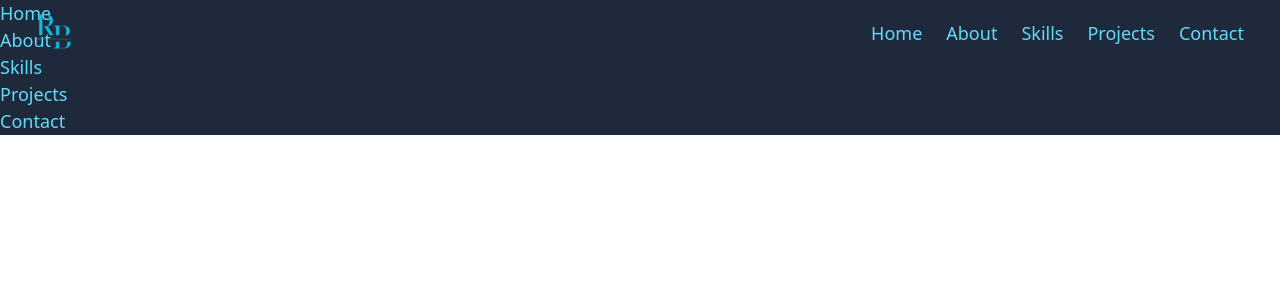
Repository: RawanBarakat-hub/portfolio
Page: /
The author's editor kept a copy of each file at every save. The page is drawn from the files as they stood at one save, then again after the next save.
The browser window is 1280 px wide. The pictures show the whole page.
The project was rebuilt for these pictures with package versions that can differ from the ones it lists, and the page was loaded fresh each time. Also part of the build but not shown: vite.config.ts.

Above is the page before, as saved 2026-02-19 03:03:38.

### index.html
<!doctype html>
<html lang="en">
  <head>
    <meta charset="UTF-8" />
    <link rel="icon" type="image/svg+xml" href="/assets/images/photos/logo.png" />
    <meta name="viewport" content="width=device-width, initial-scale=1.0" />
    <title>Rawan's portfolio</title>
  </head>
  <body>
    <div id="root"></div>
    <script type="module" src="/src/main.tsx"></script>
  </body>
</html>

### src/index.css
@import "tailwindcss";
@theme{
    --color-primary-color: #61DAFB;
    --color-background-color: #1e293bff;
}

### src/App.tsx
import NavBar from "./components/NavBar"
import { nav_links } from "./data/data"
import "./index.css"
function App() {

  return (
    <div className="bg-background-color">
      <NavBar logo={{source:"/assets/images/photos/logo.png",alternative:"Logo"}}
      nav_links={nav_links}
      bar_icon={{source:"/assets/images/icons/bars.svg",alternative:"bars"}}
      cancel_icon={{source:"/assets/images/icons/cancel.svg",alternative:"bars"}}
      />
    </div>
  )
}

export default App

### src/components/NavBar.tsx
import { NavLink } from "react-router-dom"
import type { NavProps } from "../interfaces"
import { useState } from "react"

const NavBar = ({logo,nav_links,bar_icon,cancel_icon}:NavProps) => {
    const [show,setShow]=useState<boolean>(false)
    return (
        <div>
            <nav className="flex justify-between items-center fixed top-0
            w-[calc(100%-56px)] left-5">
                <div className="">
                    <img className="" src={logo.source} alt={logo.alternative} />
                </div>
                <div className="hidden lg:block">
                    <ul className="flex gap-6">
                        {nav_links?.map((link,index)=>{
                            return <li key={index}>
                                <NavLink className="text-primary-color text-[18px] font-medium"
                                to={link?.url}>{link?.text}</NavLink>
                            </li>
                        })}
                    </ul>
                </div>
                <button onClick={()=>setShow(!show)}
                className="block lg:hidden"><img src={bar_icon.source} alt={bar_icon.alternative} /></button>
            </nav>
            <div className={`${show&&"block"} `}>
                <ul className="">
                        {nav_links?.map((link,index)=>{
                            return <li key={index}>
                                <NavLink className="text-primary-color text-[18px] font-medium"
                                to={link?.url}>{link?.text}</NavLink>
                            </li>
                        })}
                    </ul>
            </div>
        </div>
    )
}

export default NavBar

### src/data/data.ts
export const nav_links=[
        {
        url:"/",
        text:"Home"
        },
        {
        url:"/",
        text:"About"
        },
        {
        url:"/",
        text:"Skills"
        },
        {
        url:"/",
        text:"Projects"
        },
        {
        url:"/",
        text:"Contact"
        }
    ]

Loaded but not shown: src/main.tsx (common file)

After the next save:
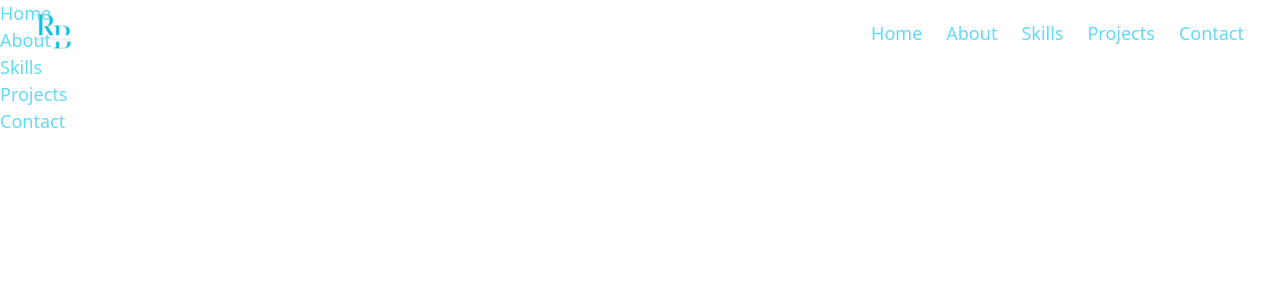
Saved 23 s later.
--- a/src/components/NavBar.tsx
+++ b/src/components/NavBar.tsx
@@ -24,7 +24,7 @@
                 <button onClick={()=>setShow(!show)}
                 className="block lg:hidden"><img src={bar_icon.source} alt={bar_icon.alternative} /></button>
             </nav>
-            <div className={`${show&&"block"} `}>
+            <div className={`${show&&"block"} absolute top-`}>
                 <ul className="">
                         {nav_links?.map((link,index)=>{
                             return <li key={index}>
